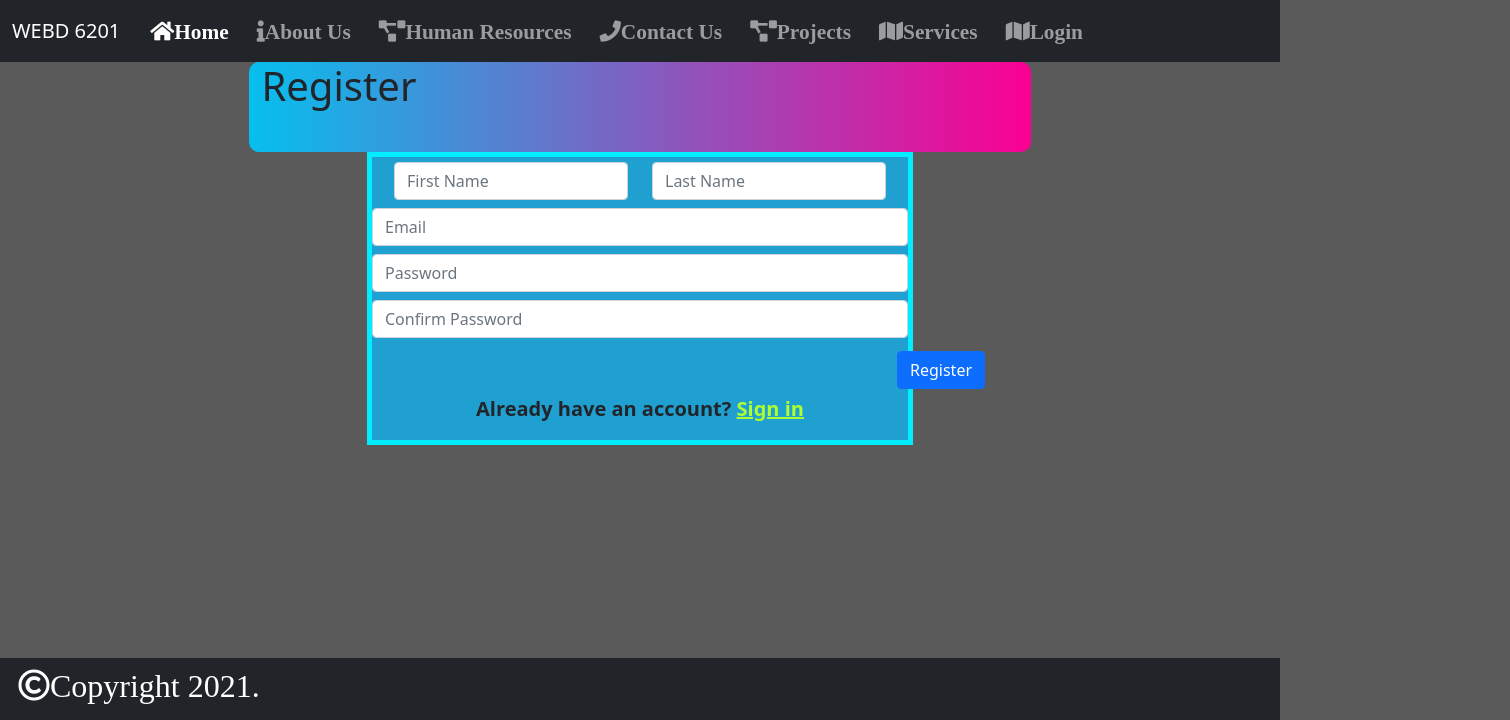
Repository: vans12345678/WEBD6201-W2021-Lab2
Page: register.html
These files come from the project's save history. The page is drawn as it stood at one moment and after the next save; the edit follows.
The browser window is 1280 px wide. The page is 1510 px wide, then 1280 px, so the pictures cover 1510 px, including what lies to the right of the window. The pictures show the whole page.

Above is the page before, as saved 2021-02-25 16:59:23.

### register.html
<!DOCTYPE html>
<html lang="en">
<head>
    <meta charset="UTF-8">
    <meta name="viewport" content="width=device-width, initial-scale=1.0">
    <title>Register</title>
    <!-- CSS Section -->
    <link rel="stylesheet" href="./node_modules/bootstrap/dist/css/bootstrap.min.css">
    <link rel="stylesheet" href="./node_modules/@fortawesome/fontawesome-free/css/all.min.css">
    <link rel="stylesheet" href="./Content/app.css">
</head>
<body>
    <!-- Main Header -->
    <header>
        <!-- Main Navigation -->
        <nav class="navbar navbar-expand-lg navbar-dark bg-dark">
            <div class="container-fluid">
                <a id ="navHome" class="navbar-brand" href="index.html"></a>
                <button class="navbar-toggler" type="button" data-bs-toggle="collapse" data-bs-target="#navbarSupportedContent" aria-controls="navbarSupportedContent" aria-expanded="false" aria-label="Toggle navigation">
                  <span class="navbar-toggler-icon"></span>
                </button>
                <div class="collapse navbar-collapse" id="navbarSupportedContent">
                  <ul id = "ulNav" class="navbar-nav me-auto mb-2 mb-lg-0">
                    <li class="nav-item">
                      <a  class="nav-link active" aria-current="page" href="index.html"><i id ="navIndex"class = "fas fa-home fa-lg"></i></a>
                    </li>
                    <li class="nav-item" id ="navAbout">
                      <a  class="nav-link " aria-current="page" href="about.html"><i id ="navAboutItem"class = "fas fa-info fa-lg"></i></a>
                    </li>
                    <li class="nav-item">
                      <a  class="nav-link " aria-current="page" href="contact.html"><i id ="navContact"class = "fas fa-phone fa-lg"></i></a>
                    </li>
                    <li class="nav-item">
                      <a  class="nav-link" aria-current="page" href="projects.html"><i id ="navProjects" class ="fas fa-project-diagram fa-lg">Products</i></a>
                    </li>
                    <li class="nav-item">
                      <a  class="nav-link " aria-current="page" href="services.html"><i id ="navServices"class = "fas fa-map fa-lg"></i></a>
                    </li>
                    <li class="nav-item">
                      <a  class="nav-link " aria-current="page" href="login.html"><i id ="navLogin"class = "fas fa-map fa-lg"></i></a>
                    </li>
                  </ul>
                </div>
              </div>
          </nav>
    </header>
<!-- Main Content -->
    <!-- Main Content -->
    <main class="container" id="mainContent">
        <h1 class = "container">Register</h1>
        <div class="row">
            <div class="offset-md-3 col-md-6 col-sm-12">
                  <div class="login" id="contentArea"></div>
                      <form class = "fromBackground " id="registerForm" novalidate>
                        <div class="form-group mb-2">
                          <div class="row inputMargin">
                            <div class="col-md-6">
                              <input class="form-control" type="text" name="firstName" id="FirstName" placeholder="First Name" required>
                            </div>
                            <div class="col-md-6">
                              <input class="form-control" type="text" name="lastName" id="lastName" placeholder="Last Name" required>
                            </div>
                          </div>
                        </div>
                        <div class="form-group mb-2">
                          <div class="row">
                            <div class="col-md-12">
                              <input type="email" class="form-control" id="emailAddress" name="emailAddress" required
                              value="" placeholder="Email">
                            </div>
                          </div>
                        </div>
                        <div class="form-group mb-2">
                          <div class="row">
                            <div class="col-md-12">
                              <input type="password" class="form-control" id="password" name="password"  required
                              value="" placeholder="Password">
                            </div>
                          </div>
                        </div>
                        <div class="form-group mb-2">
                          <div class="row">
                            <div class="col-md-12">
                              <input type="password" class="form-control" id="confirmPassword" name="confirmPassword"  required
                              value="" placeholder="Confirm Password">
                            </div>
                          </div>
                        </div>
                        <div class="text-end">
                          <button id="registerButton" type="button" style ="margin: 5px 525px;" class="btn btn-primary btn-md buttonMargin">Register</button>
                        </div>
                        <p class="text-center fs-5 fw-bold">
                        Already have an account?
                        <a href="login.html">Sign in</a>
                        </p>
                      </form>
                  </div>
            </div>
        </div>
    </main>

<!-- Main Footer -->
<footer>
    <nav class="navbar fixed-bottom navbar-dark bg-dark">
        <div class="container-fluid">
            <h4><i id = "footer" class="far fa-copyright fa-lg site-footer"></i></h4>
        </div>
      </nav>
</footer>
<!-- Script Section -->
<script src="./node_modules/jquery/dist/jquery.min.js"></script>
<script src="./node_modules/bootstrap/dist/js/bootstrap.bundle.min.js"></script>
<script src="./Scripts/app.js"></script>
</body>
</html>

### Content/app.css
/* custom css goes here */
.Vapor {
    background-image: url('../images/vapor.jpg');
    background-repeat: no-repeat;
    background-attachment: fixed;
    background-size: 100% 100%;
  }
  a {
    color: greenyellow;
  }
  .textFont
  {
    font-family: Arial, Helvetica, sans-serif;
    line-height: 32px;
  }
  body
  {
    background-color: rgb(90, 90, 90);
  }
  h1.container{
    border-radius: 10px;
    width: 70%;
    height: 90px;
    margin: 0px auto;
    background: linear-gradient(90deg,#06bfee,#fb0093)
  }
  h1.projects{
    background-color: white;
  }
  .contact-table{
    width: 100%;
    margin:  50px auto;
    background-color: white;
  }
  .contact-form
  {
    width: 100%;
    margin:  100px auto;
  }
  .warnMessage
  {
    width: 90%;
    margin:  50px;
  }
  .site-footer {
    color:white;
  }
  .formMargin
  {
    margin: 35px 70px;
  }
  .inputMargin
  {
    margin: 5px 10px;
  }
  .fromBackground
  {
    background-color: rgba(20, 174, 235, 0.822);
    border: 5px solid rgb(0, 238, 255);

  }
  i{
    margin:7px 6px;
  }

### Scripts/app.js
/************************************************************
 * Name: Andre Agrippa, Michai Pryce
 * Date: 01/20/2021
 * Description: This file adds functionality to the Home,
 * About Us, Human Resources, Contact Us, Projects and Services
 * pages.
 * Date Completed:
 */

"use strict";


(function(){

    /**
     * Display Nav bar function to display nav and footer
     */
    function DisplayNav()
    {
        let navTextElement = document.getElementById("navHome").textContent = "WEBD 6201";
        navTextElement = document.getElementById("navIndex").textContent = "Home";
        navTextElement = document.getElementById("navAboutItem").textContent = "About Us";

        let navAboutElement = document.getElementById("navAbout");
        let hrListItem = document.createElement("li");
        hrListItem.setAttribute("id", "liHumanResources");
        hrListItem.setAttribute("class", "nav-item");
        let navbar = document.getElementById("ulNav").appendChild(hrListItem);
        hrListItem.innerHTML = `<a class="nav-link" aria-current="page" href="human-resources.html">
        <i id ="navHumanResources" class ="fas fa-project-diagram fa-lg">Human Resources</i></a>`;
        if(document.title === "Human Resources"){
            hrListItem.innerHTML = `<a class="nav-link active" aria-current="page" href="human-resources.html">
            <i id ="navHumanResources" class ="fas fa-project-diagram fa-lg">Human Resources</i></a>`;
        }

        navAboutElement.after(hrListItem);

        navTextElement = document.getElementById("navContact").textContent = "Contact Us";
        navTextElement = document.getElementById("navProjects").textContent = "Projects";
        navTextElement = document.getElementById("navServices").textContent = "Services";
        navTextElement = document.getElementById("navLogin").textContent = "Login";
        navTextElement = document.getElementById("footer").textContent = "Copyright 2021.";
    }

    /**
     * Display home to display index page
     */
    function displayHome()
    {
        DisplayNav();
        let introText = "This is a simple site to demonstrate the about, contact, human resources, projects and services requirements for Lab 1 WEBD 6201 - Client Side Scripting";
        let titleText = "Welcome to WEBD 6201";

        let introTextElement = document.getElementById("indexTitle").textContent = titleText;
        introTextElement = document.getElementById("indexParagraph").textContent = introText;

    }
    /**
     * Display about to display about the creators
     */
    function displayAbout()
    {
        DisplayNav();

        //About Andre
        let aboutElement = document.getElementById("aboutTitle").textContent = "About Us";
        aboutElement = document.getElementById("aboutAText");
        aboutElement.innerHTML = `<h1>Andre Agrippa:</h1>
        <p class = "">I'm a 2nd year student at Durham College in the Computer Programming and Analysis program. I've been
        coding for several years now because I enjoy it and always looking to improve in this aspect.</p>
        <a class = "fa-lg" href="./resumes/andre_resume.pdf" download>Resume Download</a></br></br>
        <img src="./images/aa.jpg" alt="" style="width:500px;height:450px;">`;

        //About Michai
        aboutElement.innerHTML += `<h1>Michai Pryce:</h1>
        <p class = ""> Hello, I am in my final year in the Computer Programming Program at Durham College. I love
        to code and learn about the evergrowing advancements in technology. This is the demonstration for our first lab!
        </p>
        <a class = "fa-lg" href="./resumes/Copy_of_Resume.docx" download>Resume Download</a></br></br>
        <img src="./images/m.jpg" alt="" style="width:500px;height:450px;">`;

    }
    /**
     * Display top 3 projects page
     */
    function displayProjects()
    {
        DisplayNav();

        //Projects 1
        let projectsElement = document.getElementById("projectsTitle").textContent = "Projects";
        projectsElement = document.getElementById("projectsText").innerHTML =
        `<h3>Project One: COBOL Item List</h3>
        <p>This project reads records from a .dat file, performs calculations on the data then outputs it to a .out file neatly formatted.</p>
        <img src="./images/p1.png" alt="" style="width:800px;height:500px;">`;

        //Projects 2
        projectsElement = document.getElementById("projectsText").innerHTML +=
        `<h3>Project Two: C#, XAML, MDF  Preferred Shares and Common Shares</h3>
        <p>This project uses XAML for the windows form and a database to keep track of common and preferred shares.
        The database keeps track of how many shares(common/preferred) are  available and validation is applied.</p>
        <img src="./images/p2.png" alt="" style="width:800px;height:500px;">`;

        //Projects 3
        projectsElement = document.getElementById("projectsText").innerHTML +=
        `<h3>Project Three: ASP.NET and MVC Framework Animal Shelter</h3>
        <p>This project is a web application that keeps track of animals, owners, appointment and login info in a database.
        Relational database concepts are applied.</p>
        <img src="./images/p3.png" alt="" style="width:800px;height:500px;">`;

    }
    /**
     * Display top 3 services page
     */
    function displayServices()
    {
        DisplayNav();

        //Services 1
        let servicesElement = document.getElementById("servicesTitle").textContent = "Services";
        servicesElement = document.getElementById("servicesText").innerHTML =
        `<h3>Web Development:</h3>
        <p>We offer a variety of different web development (Front-end, Back-end, Databases). Languages (PHP, ASP.NET, JavaScript)</p>
        <img src="./images/s1.jpg" alt="" style="width:800px;height:500px;">`;

        //Services 2
        servicesElement = document.getElementById("servicesText").innerHTML +=
        `<h3>OOP Programming</h3>
        <p>We offer a variety of different Object Oriented Programming. We're experienced with C#, C++, Java etc.
        Whether it be windows forms applications, console applications GUI, etc.</p>
        <img src="./images/s2.png" alt="" style="width:800px;height:500px;">`;

        //Services 3
        servicesElement = document.getElementById("servicesText").innerHTML +=
        `<h3>Database Management System</h3>
        <p>It's been almost 3 years since we've had experience in database development. We've used software such as
        Microsoft SQL Server and PgAdmin4. Experienced with relational database concepts.</p>
        <img src="./images/s3.jpg" alt="" style="width:800px;height:500px;">`;


    }
    /**
     * Display contact form page
     */
    function displayContact()
    {
        DisplayNav();

        let messageArea = document.getElementById("messageArea");
        messageArea.hidden = true;

        //form validation
        let fullName = document.getElementById("fullName");
        fullName.addEventListener("blur", function()
        {
            if(fullName.value.length < 2)
            {
                fullName.focus();
                fullName.select();
                messageArea.hidden = false;
                messageArea.className = "alert alert-danger  ";
                messageArea.textContent = "Please enter an appropriate name > 2 characters";
            }
            else
            {
                messageArea.removeAttribute("class");
                messageArea.hidden = true;
            }
        });
            let sendButton = document.getElementById("sendButton");
            sendButton.addEventListener("click", function(event)
            {
                event.preventDefault();
                // //Displays twice?

                let contact = new Contact(fullName.value,contactNumber.value, emailAddress.value, shortMessage.value);

                console.log(contact.serialize());
                if(contact.serialize())
                {
                    localStorage.setItem((localStorage.length + 1).toString(),contact.serialize());

                    window.location.href = "index.html";
                }

            });

    }
    /**
     * Human resources page
     */
    function displayHumanResources()
    {
        DisplayNav();
    }
    function displayLogin()
    {
        DisplayNav();

        $("#loginButton").on("click", function ()
        {
            let username = $("#username").val();
            let password = $("#password").val();

            $.get("./Data/users.json", function(data)
            {
                console.log(data);
            });
        });
    }
    function displayRegister()
    {
        DisplayNav();
    }

    /**
     * Start function, depending on document title will load specific page
     */
    function Start()
    {
        console.log("App Started...");

        //Based of title of html
        switch(document.title)
        {
            case "Index":
                displayHome();
                break;
            case "About Us":
                displayAbout();
                break;
            case "Projects":
                displayProjects();
                break;
            case "Services":
                displayServices();
                break;
            case "Contact Us":
                displayContact();
                break;
            case "Contact-List":
                displayContactList();
                break;
            case "Human Resources":
                displayHumanResources();
                break;
            case "Login":
                displayLogin();
                break;
            case "Register":
                displayRegister();
                break;
        }


    }

    window.addEventListener("load", Start);

})();

Loaded but not shown: node_modules/bootstrap/dist/css/bootstrap.min.css (library); node_modules/@fortawesome/fontawesome-free/css/all.min.css (library); node_modules/jquery/dist/jquery.min.js (library); node_modules/bootstrap/dist/js/bootstrap.bundle.min.js (library)

After the next save:
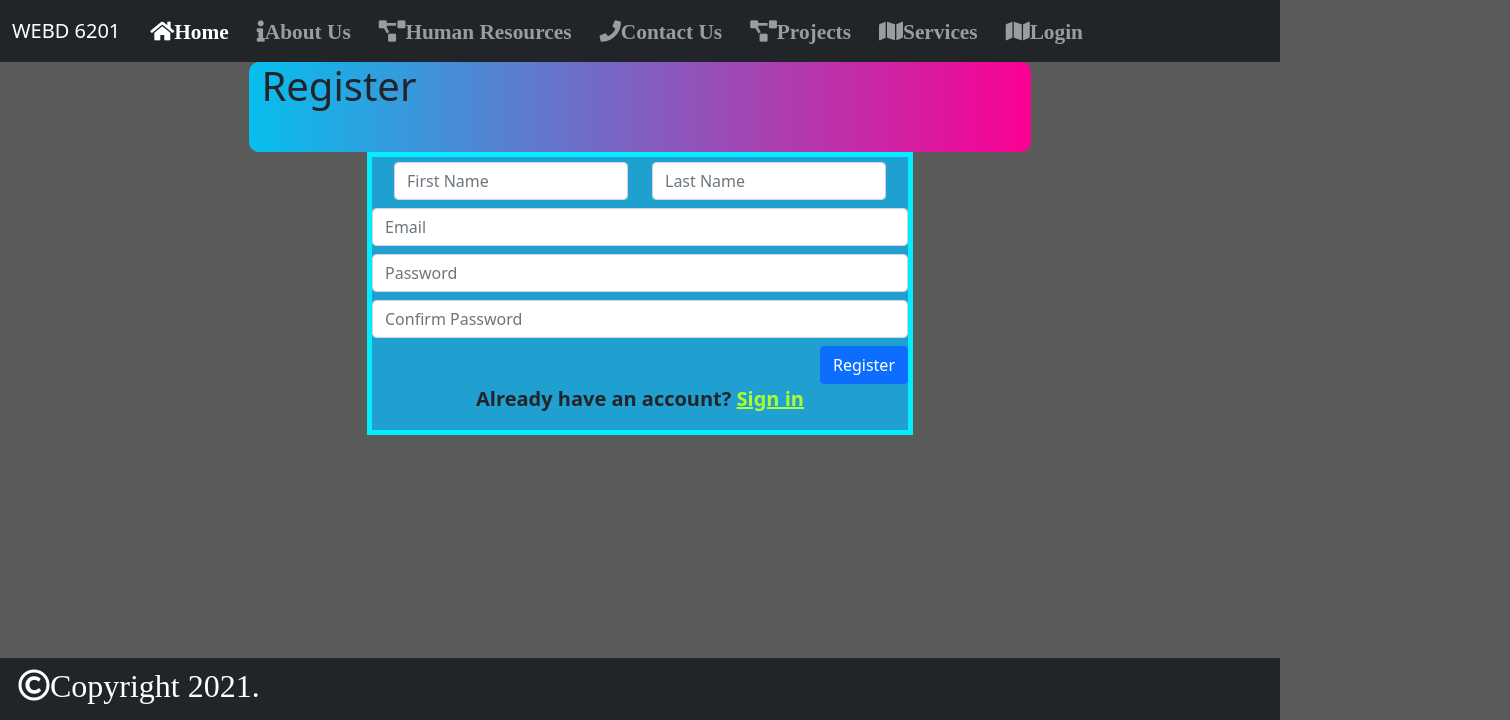
Saved 4 s later.
--- a/register.html
+++ b/register.html
@@ -87,7 +87,7 @@
                           </div>
                         </div>
                         <div class="text-end">
-                          <button id="registerButton" type="button" style ="margin: 5px 525px;" class="btn btn-primary btn-md buttonMargin">Register</button>
+                          <button id="registerButton" type="button" class="btn btn-primary btn-md buttonMargin">Register</button>
                         </div>
                         <p class="text-center fs-5 fw-bold">
                         Already have an account?
